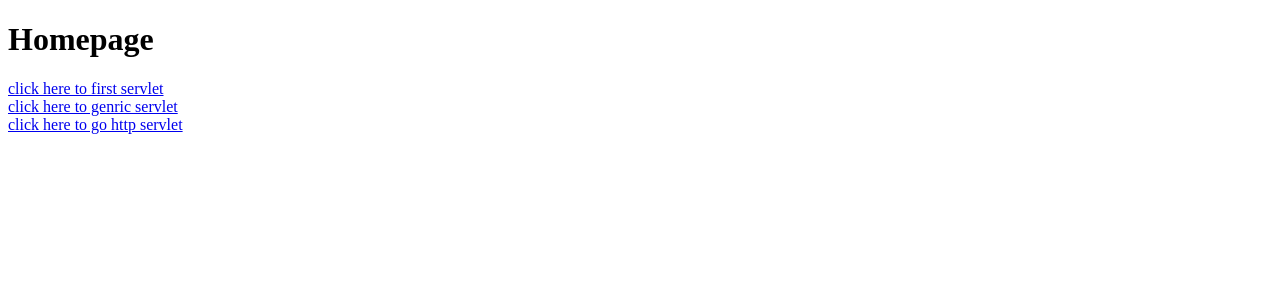
Repository: Rupam1210/servlet
Page: week6_/WebContent/index.html
These files come from the project's save history. The page is drawn as it stood at one moment and after the next save; the edit follows.
The browser window is 1280 px wide. The pictures show the whole page.

Above is the page before, as saved 2024-03-05 18:55:19.

After the next save:
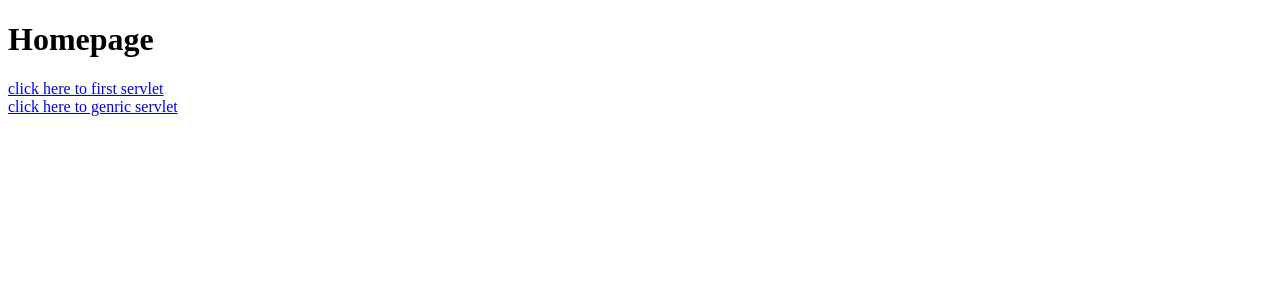
Saved 9 min 13 s later.
--- a/week6_/WebContent/index.html
+++ b/week6_/WebContent/index.html
@@ -8,7 +8,7 @@
 <h1>Homepage</h1>
 <a href="app" >click here to first servlet</a><br>
 <a href="app2">click here to genric servlet</a><br>
-<a href="app3">click here to go  http servlet</a><br>
+
 
 </body>
 </html>
